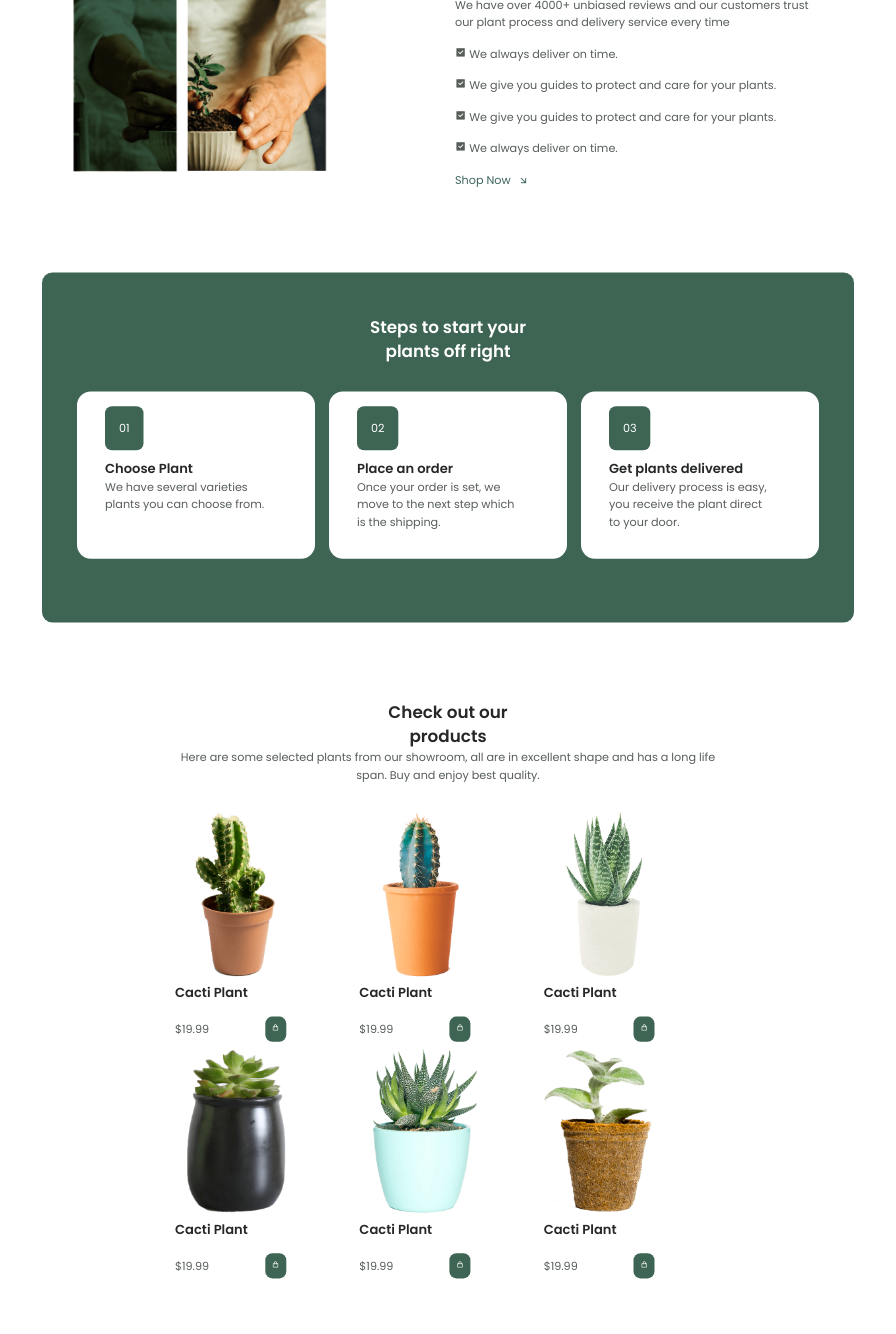
Repository: OmniaRafat232111121/plantwebsite
Page: index.html
The author's editor kept a copy of each file at every save. The page is drawn from the files as they stood at one save, then again after the next save.
The browser window is 1280 px wide. The pictures show the part of the page from y = 726 to 2646 px (the page is 2632 px tall before and 2646 px after), at 70% of full size.

Above is the page before, as saved 2023-01-05 06:17:14.

After the next save:
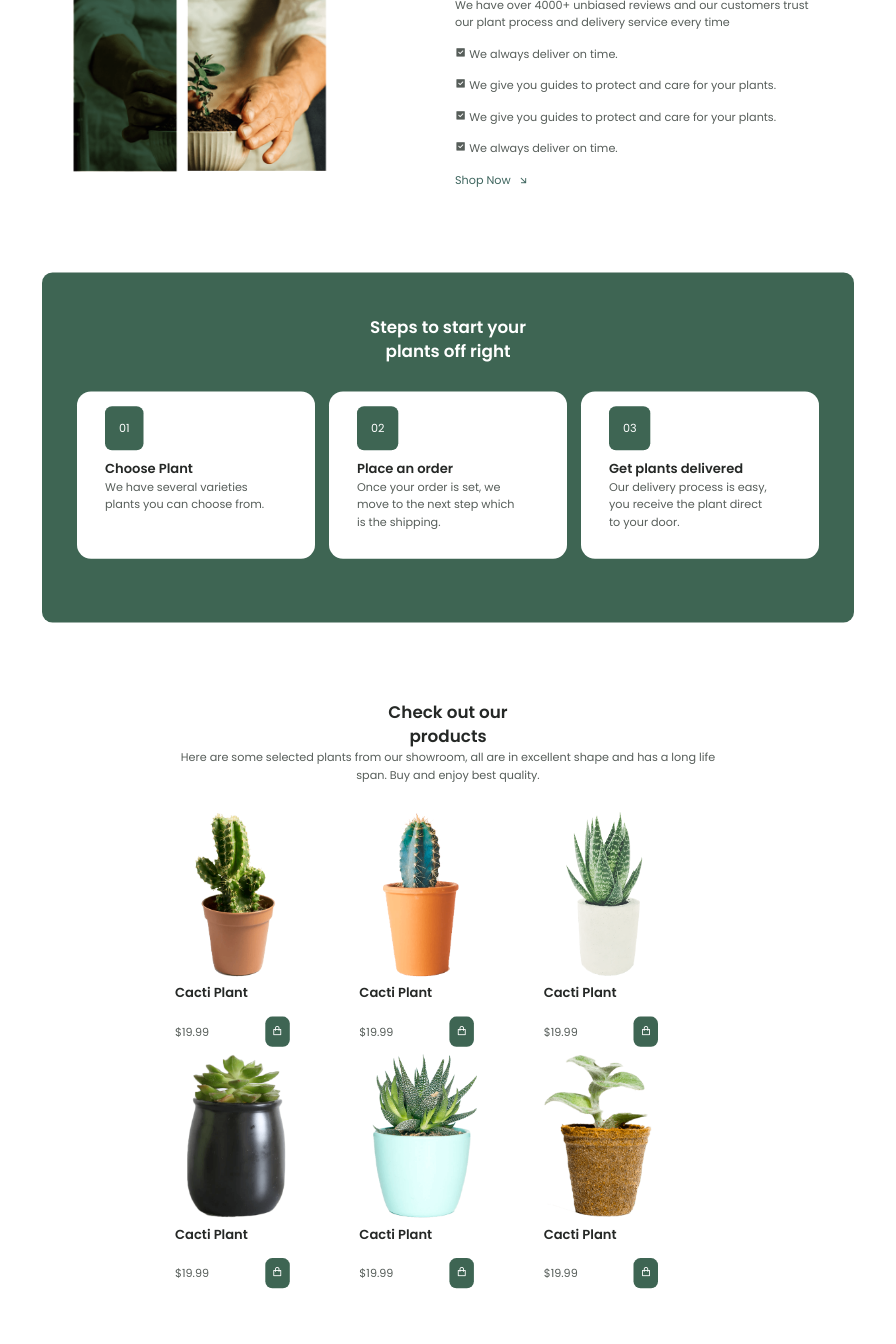
Saved 10 s later.
--- a/assets/css/styles.css
+++ b/assets/css/styles.css
@@ -538,5 +538,5 @@ margin-bottom: 30px;
   padding:10px;
   border-radius: 10px;
   color:#fff;
-  font-size: 10px;
-}
+  font-size: 15px;
+}
